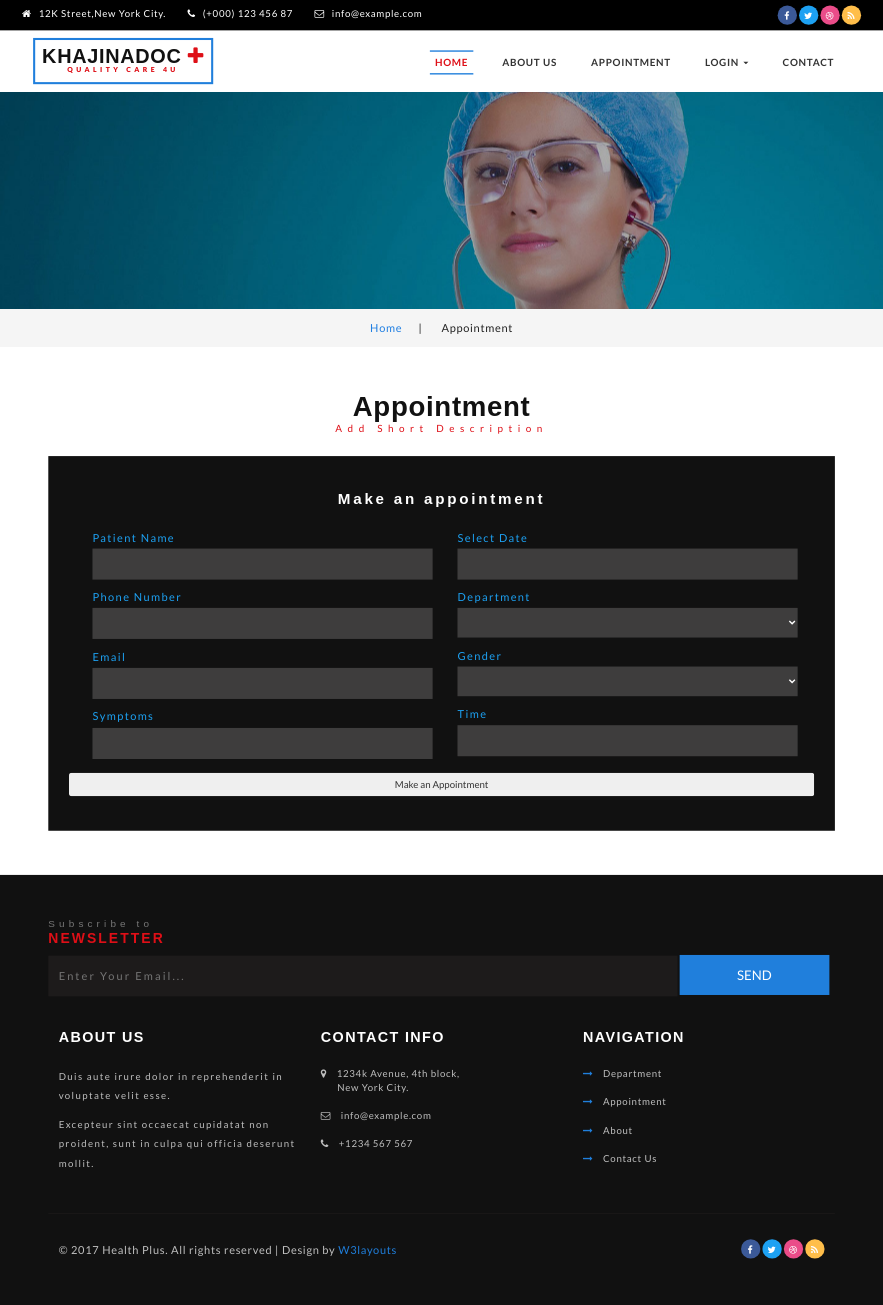
Repository: 72-faisal/work_to_do
Page: http://localhost/Khajina_Doctor/appointment.jsp
An editor plug-in stored every save of this project. The page is shown before and after the next save, followed by the edit.
The browser window is 1280 px wide. The pictures show the whole page, at 69% of full size.
Some web fonts or font styles are not loaded; a fallback is used. The page is served by Tomcat 9.

Above is the page before, as saved 2023-04-14 13:12:40.

After the next save:
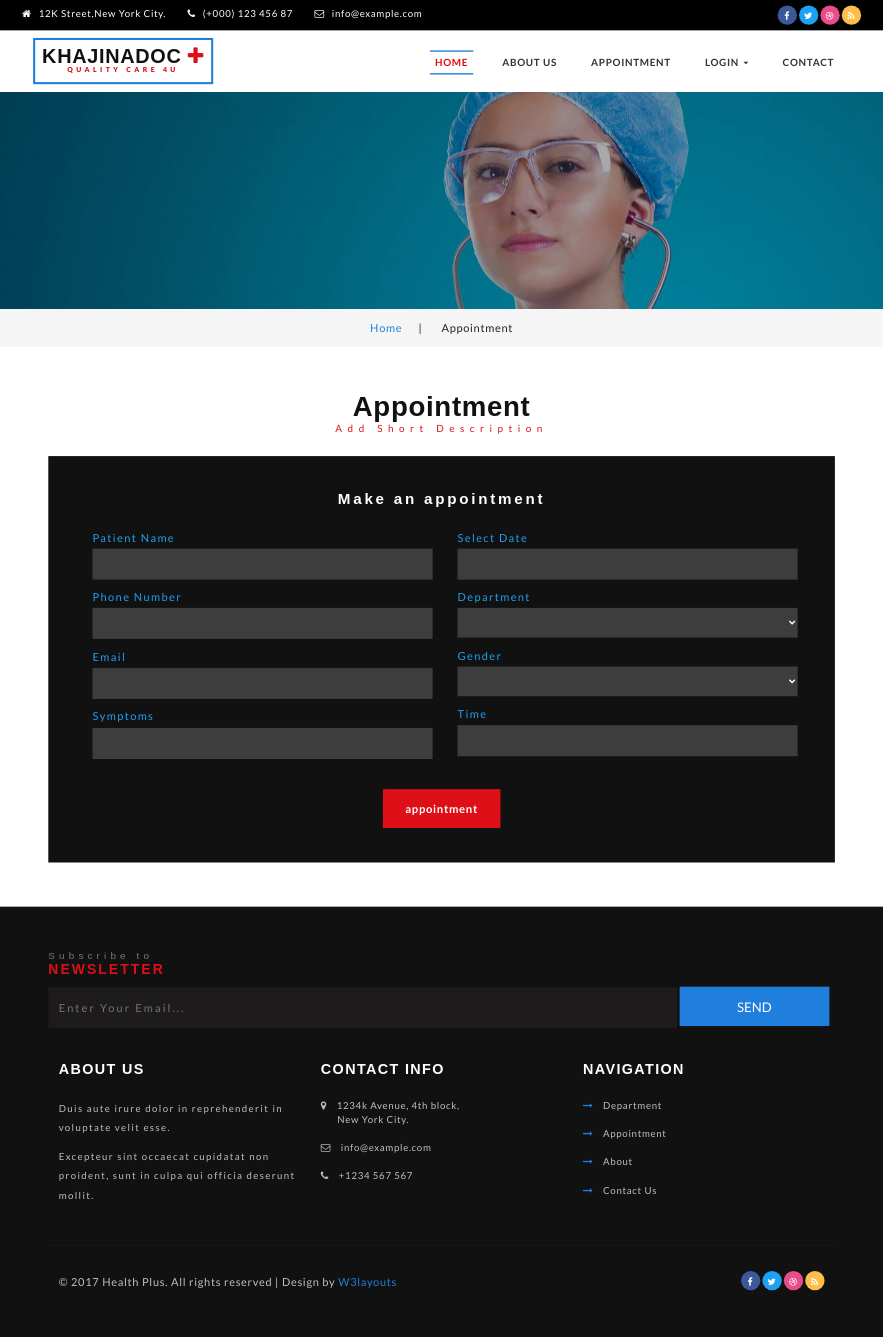
Saved 3 min 7 s later.
--- a/Khajina_Doctor/Khajina_Doctor/src/main/webapp/appointment.jsp
+++ b/Khajina_Doctor/Khajina_Doctor/src/main/webapp/appointment.jsp
@@ -166,8 +166,7 @@ Smartphone Compatible web template, free web designs for Nokia, Samsung, LG, Son
 								</div>
 								</div>
 								<div class="clearfix"></div>
-								<button type="submit" name="action" value="appointment"
-									class="btn btn-block sent-butnn">Make an Appointment</button>
+											  <input type="submit" name="action" value="appointment">
 								</form>
 							</div>
 					   </div>
